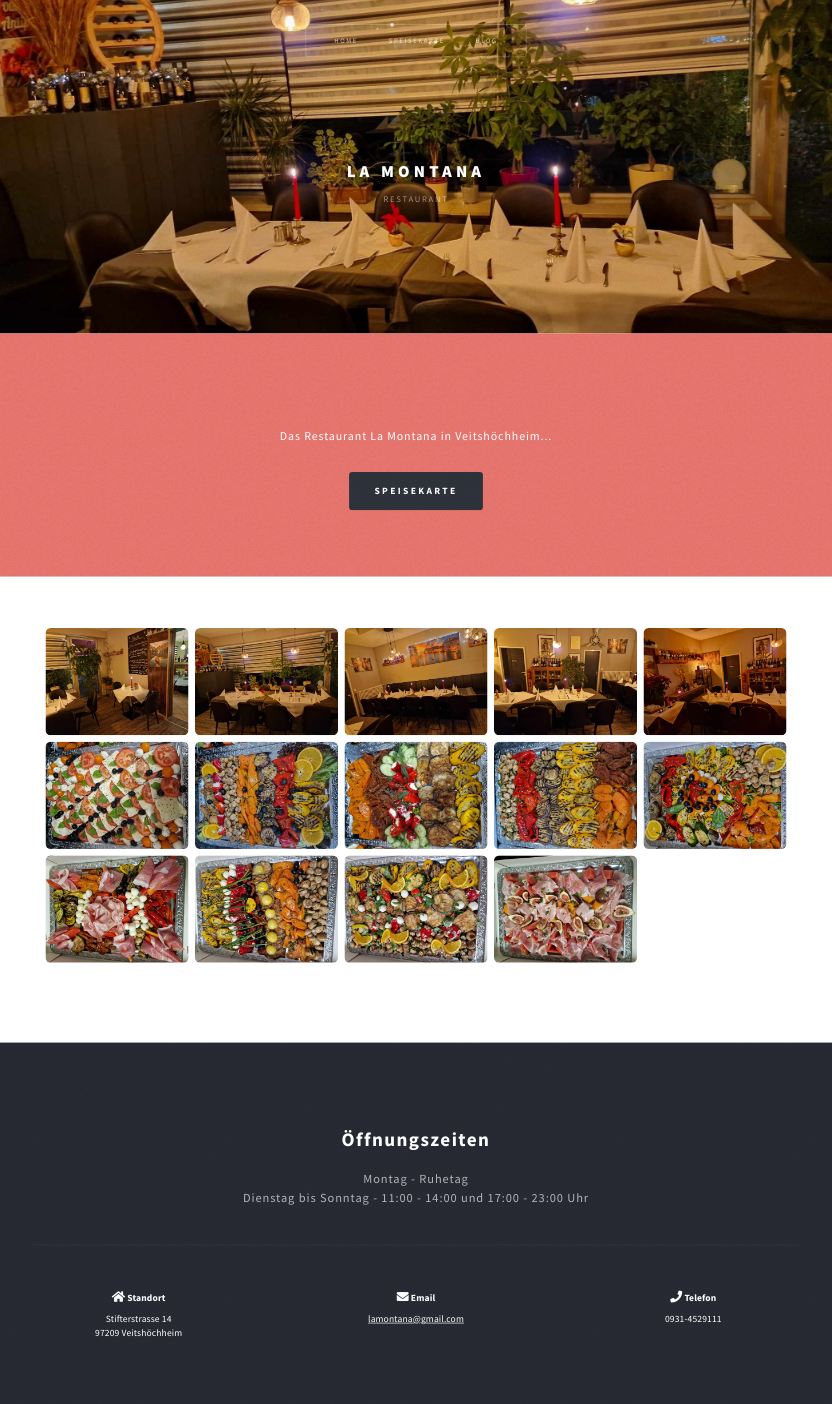
Repository: restaurantlamontana/restaurantlamontana.github.io
Page: index.html
The author's editor kept a copy of each file at every save. The page is drawn from the files as they stood at one save, then again after the next save.
The browser window is 1280 px wide. The pictures show the whole page, at 65% of full size.

Above is the page before, as saved 2024-07-14 18:41:10.

After the next save:
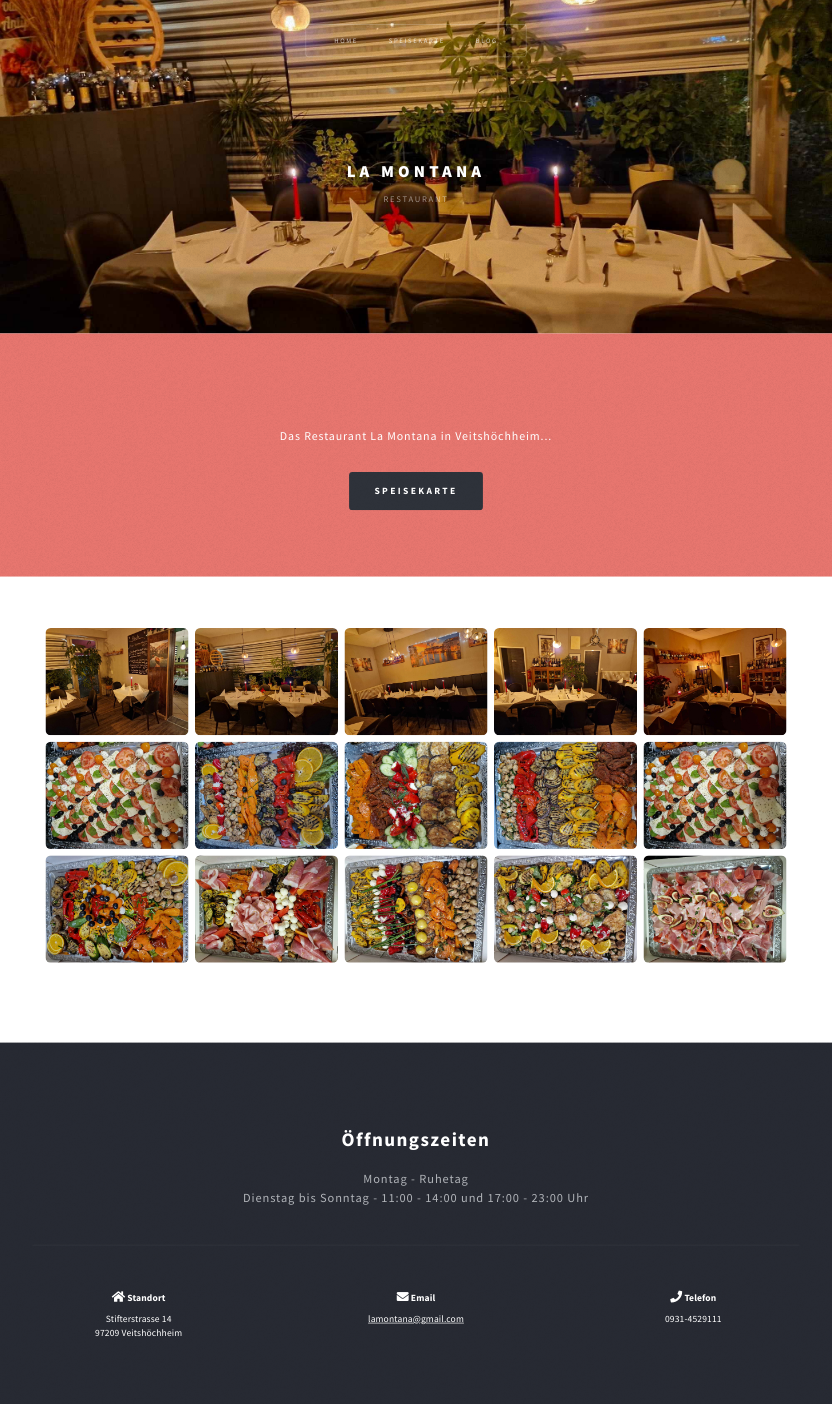
Saved 16 s later.
--- a/index.html
+++ b/index.html
@@ -58,6 +58,7 @@
 			<img src="images/IMG_3200.JPG">
             <img src="images/IMG_3201.JPG">
             <img src="images/IMG_3202.JPG">
+			<img src="images/IMG_3199.JPG">
 			<img src="images/IMG_3194.JPG">
             <img src="images/IMG_3195.JPG">
             <img src="images/IMG_3196.JPG">
